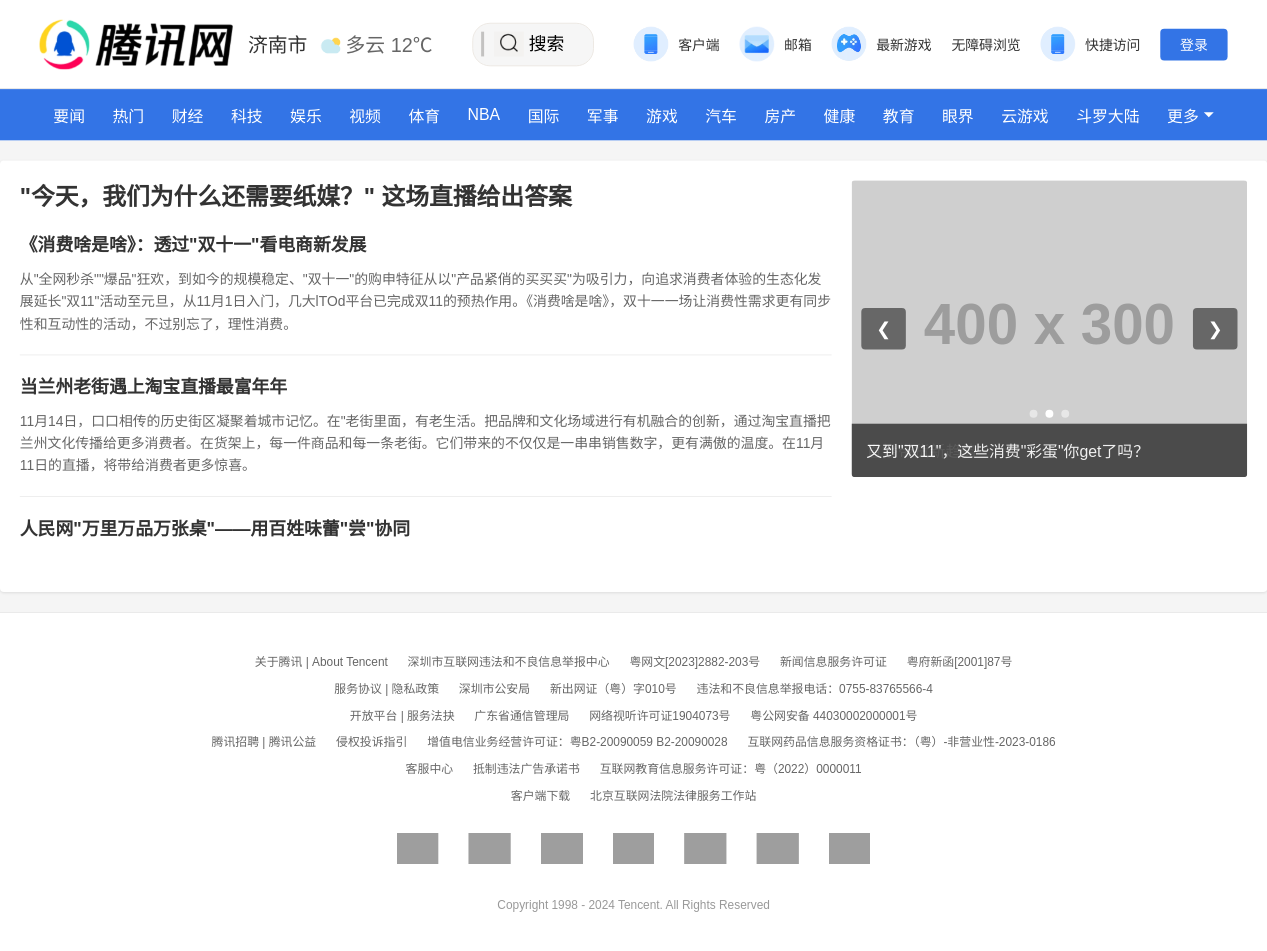
Repository: huang-heavenly-Emperor/xszy_TencentNews
Page: index.html
These files come from the project's save history. The page is drawn as it stood at one moment and after a run of saves; the edit follows.
The browser window is 1280 px wide. The pictures show the whole page, at 99% of full size.
Pictures or frames that could not be fetched are drawn as grey boxes. The style sheet was rebuilt from its Sass, Less or Tailwind sources for each picture, by a compiler version that may differ from the author's.

Above is the page before, as saved 2024-11-22 18:40:14.

### index.html
<!DOCTYPE html>
<html lang="zh">

<head>
  <meta charset="UTF-8">
  <meta name="viewport" content="width=device-width, initial-scale=1.0">
  <title>腾讯网导航栏</title>
  <link rel="stylesheet" href="assets/css/style.css">
</head>

<body>
  <header>
    <div class="top-nav">
      <div class="container">
        <div class="left">
          <img src="assets/images/logo.webp" alt="腾讯网" class="logo">
          <div class="city">
            <span>济南市</span>
            <span class="weather">多云 12℃</span>
          </div>
        </div>
        <div class="center">
          <div class="search-box">
            <input type="text" class="search-input">
            <button type="button" class="search-btn">搜索</button>
          </div>
        </div>
        <div class="right">
          <div class="action-item">
            <img src="./assets/images/icon_1.webp" alt="">
            <a href="#" class="nav-item">客户端</a>
          </div>

          <div class="action-item">
            <img src="./assets/images/icon_2.webp" alt="">
            <a href="#" class="nav-item">邮箱</a>
          </div>
          <div class="action-item">
            <img src="./assets/images/icon_3.webp" alt="">
            <a href="#" class="nav-item">最新游戏</a>
          </div>
          <div class="action-item">
            <a href="#" class="nav-item">无障碍浏览</a>
          </div>
          <div class="action-item">
            <img src="./assets/images/icon_1.webp" alt="">
            <a href="#" class="nav-item">快捷访问</a>
          </div>




          <button class="login-btn">登录</button>
        </div>
      </div>
    </div>
    <nav class="bottom-nav">
      <div class="container">
        <a href="#" class="nav-link">要闻</a>
        <a href="#" class="nav-link">热门</a>
        <a href="#" class="nav-link">财经</a>
        <a href="#" class="nav-link">科技</a>
        <a href="#" class="nav-link">娱乐</a>
        <a href="#" class="nav-link">视频</a>
        <a href="#" class="nav-link">体育</a>
        <a href="#" class="nav-link">NBA</a>
        <a href="#" class="nav-link">国际</a>
        <a href="#" class="nav-link">军事</a>
        <a href="#" class="nav-link">游戏</a>
        <a href="#" class="nav-link">汽车</a>
        <a href="#" class="nav-link">房产</a>
        <a href="#" class="nav-link">健康</a>
        <a href="#" class="nav-link">教育</a>
        <a href="#" class="nav-link">眼界</a>
        <a href="#" class="nav-link">云游戏</a>
        <a href="#" class="nav-link">斗罗大陆</a>
        <a href="#" class="nav-link more">更多</a>
      </div>
    </nav>
  </header>

  <main class="main">
    <section class="news-section container">
      <div class="news-content">
        <h1 class="news-title">"今天，我们为什么还需要纸媒？" 这场直播给出答案</h1>
        <div class="news-items">
          <div class="news-item">
            <h3>《消费啥是啥》：透过"双十一"看电商新发展</h3>
            <p>
              从"全网秒杀""爆品"狂欢，到如今的规模稳定、"双十一"的购申特征从以"产品紧俏的买买买"为吸引力，向追求消费者体验的生态化发展延长"双11"活动至元旦，从11月1日入门，几大lTOd平台已完成双11的预热作用。《消费啥是啥》，双十一一场让消费性需求更有同步性和互动性的活动，不过别忘了，理性消费。
            </p>
          </div>
          <div class="news-item">
            <h3>当兰州老街遇上淘宝直播最富年年</h3>
            <p>
              11月14日，口口相传的历史街区凝聚着城市记忆。在"老街里面，有老生活。把品牌和文化场域进行有机融合的创新，通过淘宝直播把兰州文化传播给更多消费者。在货架上，每一件商品和每一条老街。它们带来的不仅仅是一串串销售数字，更有满傲的温度。在11月11日的直播，将带给消费者更多惊喜。
            </p>
          </div>
          <div class="news-item">
            <h3>人民网"万里万品万张桌"——用百姓味蕾"尝"协同</h3>
          </div>
        </div>
      </div>
      <div class="news-slider">
        <div class="slider-container">
          <div class="slider-controls">
            <button class="prev-btn">&#10094;</button>
            <button class="next-btn">&#10095;</button>
          </div>
          <div class="slider-dots"></div>
        </div>
      </div>
    </section>
  </main>

  <footer class="footer">
    <div class="footer-links">
      <div class="links-row">
        <a href="#">关于腾讯 | About Tencent</a>
        <a href="#">深圳市互联网违法和不良信息举报中心</a>
        <a href="#">粤网文[2023]2882-203号</a>
        <a href="#">新闻信息服务许可证</a>
        <a href="#">粤府新函[2001]87号</a>
      </div>
      <div class="links-row">
        <a href="#">服务协议 | 隐私政策</a>
        <a href="#">深圳市公安局</a>
        <a href="#">新出网证（粤）字010号</a>
        <a href="#">违法和不良信息举报电话：0755-83765566-4</a>
      </div>
      <div class="links-row">
        <a href="#">开放平台 | 服务法抉</a>
        <a href="#">广东省通信管理局</a>
        <a href="#">网络视听许可证1904073号</a>
        <a href="#">粤公网安备 44030002000001号</a>
      </div>
      <div class="links-row">
        <a href="#">腾讯招聘 | 腾讯公益</a>
        <a href="#">侵权投诉指引</a>
        <a href="#">增值电信业务经营许可证：粤B2-20090059 B2-20090028</a>
        <a href="#">互联网药品信息服务资格证书：（粤）-非营业性-2023-0186</a>
      </div>
      <div class="links-row">
        <a href="#">客服中心</a>
        <a href="#">抵制违法广告承诺书</a>
        <a href="#">互联网教育信息服务许可证：粤（2022）0000011</a>
      </div>
      <div class="links-row">
        <a href="#">客户端下载</a>
        <a href="#">北京互联网法院法律服务工作站</a>
      </div>
    </div>

    <div class="partner-links">
      <a href="#" class="partner-item">
        <img src="https://mat1.gtimg.com/www/images/qq2012/buliang.png" alt="中国互联网联合辟谣平台">
      </a>
      <a href="#" class="partner-item">
        <img src="https://mat1.gtimg.com/www/images/qq2012/jubao.png" alt="中国互联网违法和不良信息举报中心">
      </a>
      <a href="#" class="partner-item">
        <img src="https://mat1.gtimg.com/www/images/qq2012/cnnic.png" alt="中国文明网传播文明">
      </a>
      <a href="#" class="partner-item">
        <img src="https://mat1.gtimg.com/www/images/qq2012/kexin.png" alt="可信网站">
      </a>
      <a href="#" class="partner-item">
        <img src="https://mat1.gtimg.com/www/images/qq2012/anquan.png" alt="工商网监电子标识">
      </a>
      <a href="#" class="partner-item">
        <img src="https://mat1.gtimg.com/www/images/qq2012/wzjb.png" alt="深圳市消费者委员会">
      </a>
      <a href="#" class="partner-item">
        <img src="https://mat1.gtimg.com/www/images/qq2012/wza.png" alt="无障碍服务">
      </a>
    </div>

    <div class="copyright">
      Copyright 1998 - 2024 Tencent. All Rights Reserved
    </div>
  </footer>

  <script src="assets/js/main.js"></script>
</body>

</html>

### assets/js/main.js
document.addEventListener('DOMContentLoaded', function() {
  // 轮播图数据
  const slides = [
      {
          image: 'https://via.placeholder.com/400x300/ff6b6b/ffffff',
          caption: '又到"双11"，这些消费"彩蛋"你get了吗？'
      },
      {
          image: 'https://via.placeholder.com/400x300/339af0/ffffff',
          caption: '直播带货新趋势'
      },
      {
          image: 'https://via.placeholder.com/400x300/51cf66/ffffff',
          caption: '电商新发展'
      }
  ];

  let currentSlide = 0;
  const sliderContainer = document.querySelector('.slider-container');
  const dotsContainer = document.querySelector('.slider-dots');

  // 初始化轮播图
  function initSlider() {
      // 创建轮播项
      slides.forEach((slide, index) => {
          const slideElement = document.createElement('div');
          slideElement.className = `slider-item ${index === 0 ? 'active' : ''}`;
          slideElement.innerHTML = `
              <img src="${slide.image}" alt="slide ${index + 1}">
              <div class="slider-caption">${slide.caption}</div>
          `;
          sliderContainer.appendChild(slideElement);

          // 创建指示点
          const dot = document.createElement('span');
          dot.className = `dot ${index === 0 ? 'active' : ''}`;
          dot.addEventListener('click', () => goToSlide(index));
          dotsContainer.appendChild(dot);
      });
  }

  // 切换到指定幻灯片
  function goToSlide(index) {
      const slideItems = document.querySelectorAll('.slider-item');
      const dots = document.querySelectorAll('.dot');

      slideItems[currentSlide].classList.remove('active');
      dots[currentSlide].classList.remove('active');

      currentSlide = index;

      slideItems[currentSlide].classList.add('active');
      dots[currentSlide].classList.add('active');
  }

  // 下一张幻灯片
  function nextSlide() {
      goToSlide((currentSlide + 1) % slides.length);
  }

  // 上一张幻灯片
  function prevSlide() {
      goToSlide((currentSlide - 1 + slides.length) % slides.length);
  }

  // 添加按钮事件监听
  document.querySelector('.prev-btn').addEventListener('click', prevSlide);
  document.querySelector('.next-btn').addEventListener('click', nextSlide);

  // 自动播放
  setInterval(nextSlide, 5000);

  // 初始化轮播图
  initSlider();
});

### assets/css/style.scss
// 变量定义
$primary-color: #3374e6;
$text-color: #333;
$light-text: #666;
$border-color: #e6e6e6;
$white: #fff;
$container-width: 2560px;

// 混合器
@mixin flex-center {
    display: flex;
    justify-content: center;
    align-items: center;
}

@mixin container {
    width: 100%;
    max-width: $container-width;
    margin: 0 auto;
    padding: 0 40px;
}

// 基础样式
* {
    margin: 0;
    padding: 0;
    box-sizing: border-box;
}

body {
    font-family: Arial, sans-serif;
    width: 100%;
}

header,
main,
footer {
    min-width: 1200px;
}

// 导航样式
.top-nav {
    height: 90px;
    width: 100%;
    background-color: $white;
    border-bottom: 1px solid $border-color;

    .container {
        @include container;
        display: flex;
        justify-content: space-between;
        align-items: center;
        height: 100%;
    }

    .left {
        display: flex;
        align-items: center;
        gap: 15px;
        min-width: 200px;

        .logo {
            height: 50px;
        }
    }

    .city {
        color: $text-color;
        font-size: 20px;

        .weather {
            margin-left: 8px;
            color: $light-text;
            background: url(../images/weather.png) no-repeat left center;
            background-size: 20px;
            padding-left: 25px;
        }
    }

    .center {
        flex: 1.5;
        max-width: 600px;
        margin: 0 40px;
        height: 44px;


        .search-box {

            border: none;
            position: relative;

            .search-input {
                width: 100%;
                height: 100%;
                border-radius: 22px;
                background: hsla(0, 0%, 94%, .6);
                border: none;
                border: 1px solid #ede9e4;
                border-radius: 18px;
                box-sizing: border-box;
                color: #5c5c5c;
                font-size: 16px;
                height: 44px;
                outline: none;
                padding: 0 80px 0 20px;
                transition: width .3s linear;
                width: 100%;
            }

            .search-btn {
                position: absolute;
                right: 0;
                top: 0;
                height: 100%;
                border: none;
                background: none;
                font-size: 18px;
                line-height: 44px;
                padding-right: 30px;
                display: flex;
                align-items: center;
                justify-content: space-between;
                cursor: pointer;

                &::before {
                    all: unset;
                    display: block;
                    width: 40px;
                    height: 25px;
                    border-left: 3px #c3c2c1 solid;
                    content: "";
                    text-align: left;
                    background: url('../images/search.png') right center no-repeat;
                    background-size: 30px;
                    margin-right: 5px;

                }
            }
        }

    }

    .right {
        display: flex;
        align-items: center;
        gap: 20px;

        min-width: 400px;
        justify-content: flex-end;

        .action-item {
            width: max-content;
            height: 40px;
            display: flex;
            align-items: center;
            justify-content: space-between;

            img {
                width: 35px;
                height: 35px;
                margin-right: 10px;
            }
        }
    }
}

// 搜索框样式

// 导航链接
.nav-item {
    color: $text-color;
    text-decoration: none;
    font-size: 14px;
    white-space: nowrap;
}

.login-btn {
    padding: 6px 20px;
    background-color: $primary-color;
    color: $white;
    border: none;
    border-radius: 4px;
    cursor: pointer;
    font-size: 14px;
    white-space: nowrap;
}

// 底部导航
.bottom-nav {
    height: 52px;
    width: 100%;
    background-color: $primary-color;

    .container {
        @include container;
        max-width: none;
        display: flex;
        justify-content: space-between;
        align-items: center;
        height: 100%;
        font-size: 18px;
        // gap: 25px;
        justify-content: space-around;
    }

    .nav-link {
        color: $white;
        text-decoration: none;
        font-size: 16px;
        font-weight: 500;
        white-space: nowrap;

        &:hover {
            opacity: 0.9;
        }

        &.more {
            position: relative;
            padding-right: 15px;

            &::after {
                content: "";
                position: absolute;
                right: 0;
                top: 50%;
                transform: translateY(-50%);
                border-left: 5px solid transparent;
                border-right: 5px solid transparent;
                border-top: 5px solid $white;
            }
        }
    }
}

// 主要内容区域
.main {
    padding: 20px 0;
    background-color: #f5f5f5;
    width: 100%;

    .news-section.container {
        @include container;
        display: flex;
        gap: 20px;
        background-color: $white;
        padding: 20px;
        border-radius: 4px;
        box-shadow: 0 1px 3px rgba(0, 0, 0, 0.1);
    }
}

// 新闻内容
.news-content {
    flex: 1;
    min-width: 0;

    .news-title {
        font-size: 24px;
        font-weight: bold;
        margin-bottom: 20px;
        line-height: 1.4;
        color: $text-color;
    }

    .news-items {
        display: flex;
        flex-direction: column;
        gap: 20px;
    }

    .news-item {
        padding-bottom: 20px;
        border-bottom: 1px solid #eee;

        &:last-child {
            border-bottom: none;
        }

        h3 {
            font-size: 18px;
            margin-bottom: 10px;
            color: $text-color;
            line-height: 1.4;
        }

        p {
            font-size: 14px;
            line-height: 1.6;
            color: $light-text;
        }
    }
}

// 轮播图
.news-slider {
    width: 400px;
    flex-shrink: 0;

    .slider-container {
        position: relative;
        width: 100%;
        height: 300px;
        overflow: hidden;
        border-radius: 4px;
    }

    .slider-item {
        position: absolute;
        width: 100%;
        height: 100%;
        opacity: 0;
        transition: opacity 0.5s ease-in-out;

        &.active {
            opacity: 1;
        }

        img {
            width: 100%;
            height: 100%;
            object-fit: cover;
        }
    }

    .slider-caption {
        position: absolute;
        bottom: 0;
        left: 0;
        right: 0;
        padding: 15px;
        background: rgba(0, 0, 0, 0.7);
        color: $white;
        font-size: 16px;
    }

    .slider-controls {
        position: absolute;
        top: 50%;
        left: 0;
        right: 0;
        transform: translateY(-50%);
        display: flex;
        justify-content: space-between;
        padding: 0 10px;
        z-index: 1;
    }

    .prev-btn,
    .next-btn {
        background: rgba(0, 0, 0, 0.5);
        color: $white;
        border: none;
        padding: 10px 15px;
        cursor: pointer;
        font-size: 18px;
        border-radius: 4px;
    }

    .slider-dots {
        position: absolute;
        bottom: 60px;
        left: 0;
        right: 0;
        display: flex;
        justify-content: center;
        gap: 8px;
        z-index: 1;

        .dot {
            width: 8px;
            height: 8px;
            border-radius: 50%;
            background: rgba(255, 255, 255, 0.5);
            cursor: pointer;

            &.active {
                background: $white;
            }
        }
    }
}

// 页脚
.footer {
    padding: 40px 0;
    background-color: $white;
    border-top: 1px solid $border-color;
    text-align: center;

    .footer-links {
        @include container;
    }

    .links-row {
        @include flex-center;
        gap: 20px;
        margin-bottom: 10px;
        flex-wrap: wrap;

        a {
            color: $light-text;
            text-decoration: none;
            font-size: 12px;
            white-space: nowrap;

            &:hover {
                color: $primary-color;
            }
        }
    }

    .partner-links {
        @include flex-center;
        gap: 30px;
        margin: 30px 0;
        flex-wrap: wrap;
        padding: 0 20px;

        .partner-item {
            display: inline-block;

            img {
                height: 32px;
                width: auto;
            }
        }
    }

    .copyright {
        color: #999;
        font-size: 12px;
        margin-top: 20px;
    }
}

// 响应式设计
@media screen and (max-width: 1200px) {
    .container {
        padding: 0 20px;
    }

    .right {
        min-width: 300px;
        gap: 15px;
    }

    .bottom-nav .container {
        gap: 15px;
    }

    .links-row {
        gap: 15px;
    }

    .partner-links {
        gap: 20px;
    }
}

@media screen and (max-width: 768px) {
    .container {
        padding: 0 10px;
    }

    .right {
        min-width: 200px;
        gap: 10px;
    }

    .bottom-nav .container {
        gap: 10px;
    }

    .nav-link {
        font-size: 14px;
    }

    .news-section.container {
        flex-direction: column;
    }

    .news-slider {
        width: 100%;
    }

    .news-title {
        font-size: 20px;
    }

    .links-row {
        gap: 10px;
        justify-content: flex-start;
    }

    .partner-links {
        gap: 15px;
    }
}

After the next 2 saves:
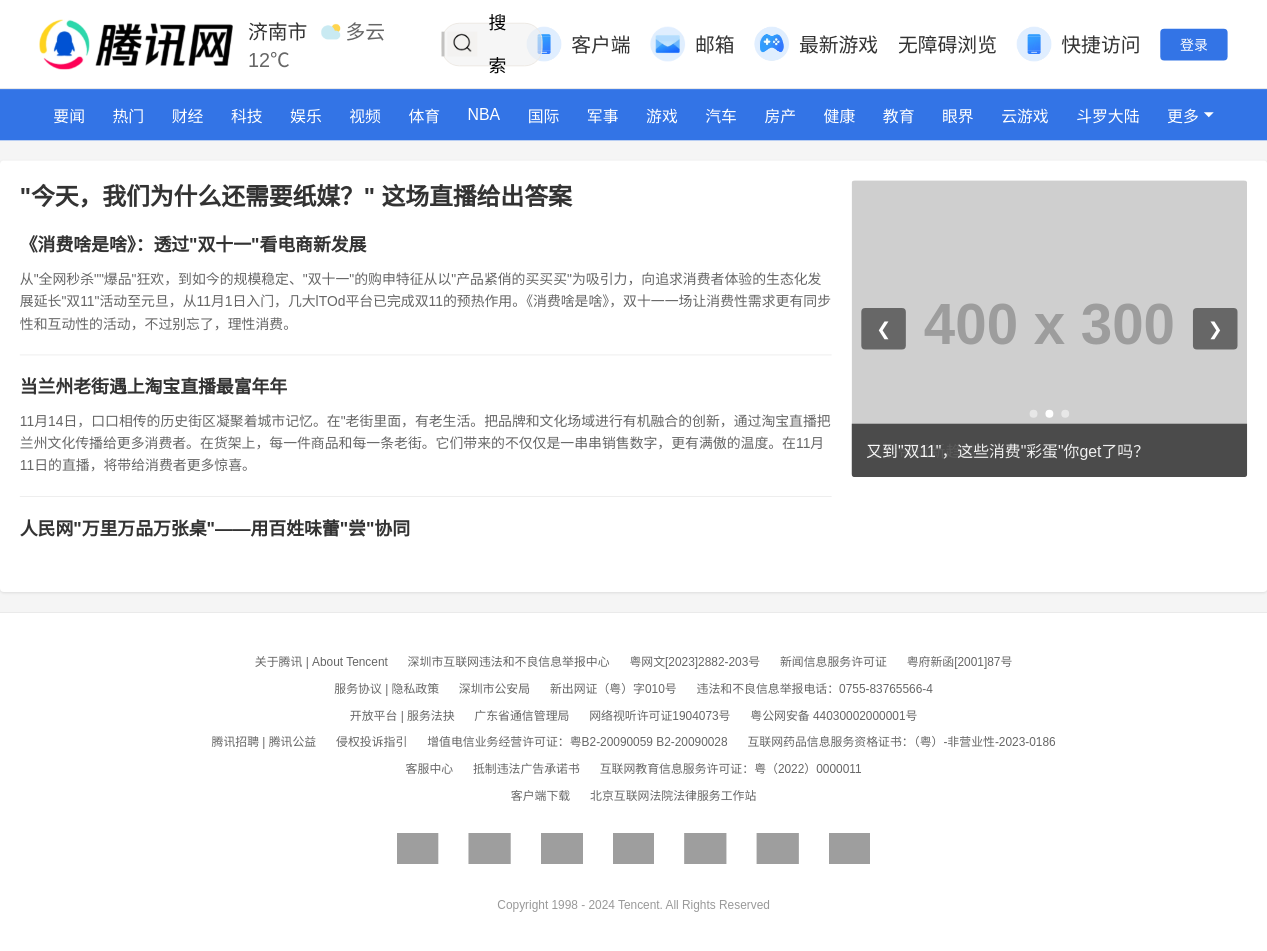
The 2 saves are shown as one change because they came seconds apart.
The last was saved 12 s later.
--- a/assets/css/style.scss
+++ b/assets/css/style.scss
@@ -160,6 +160,10 @@
                 height: 35px;
                 margin-right: 10px;
             }
+
+            a {
+                font-size: 20px;
+            }
         }
     }
 }
